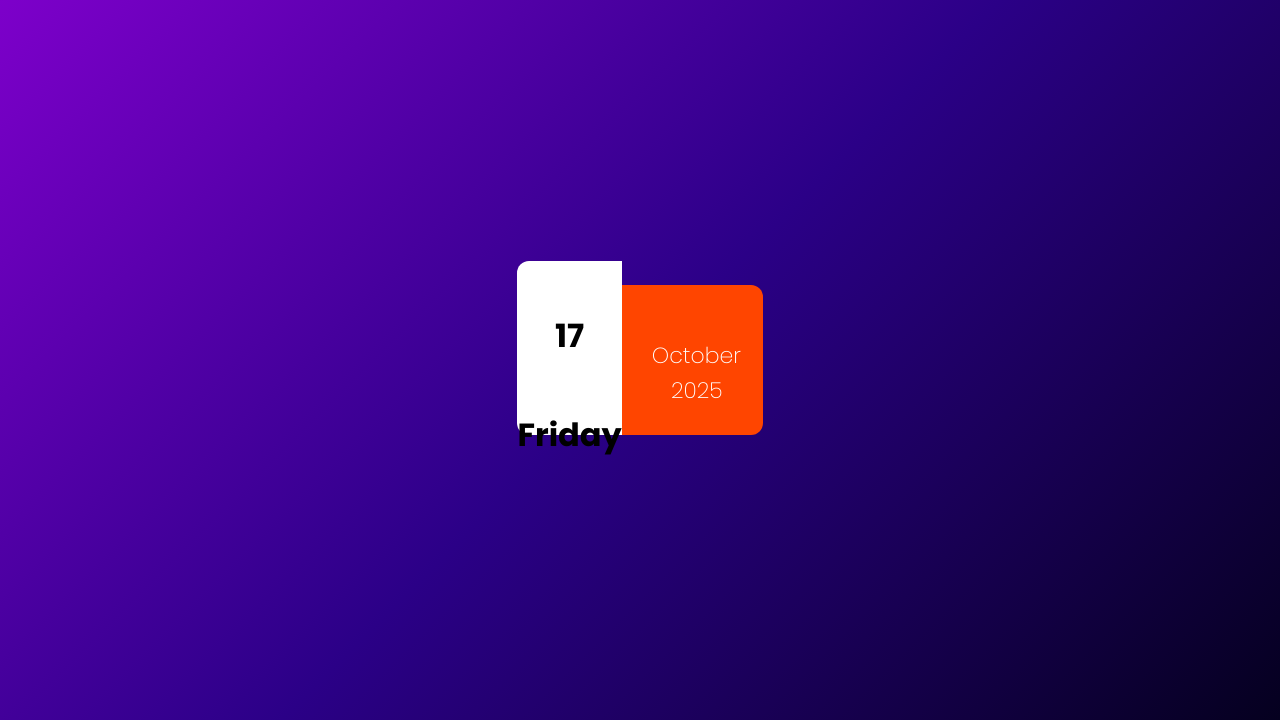
Repository: Ankitkr2021/Calendar
Page: index.html
An editor plug-in stored every save of this project. The page is shown before and after the next save, followed by the edit.
The browser window is 1280 px wide. The pictures show the whole page.

Above is the page before, as saved 2025-10-17 19:32:34.

After the next save:
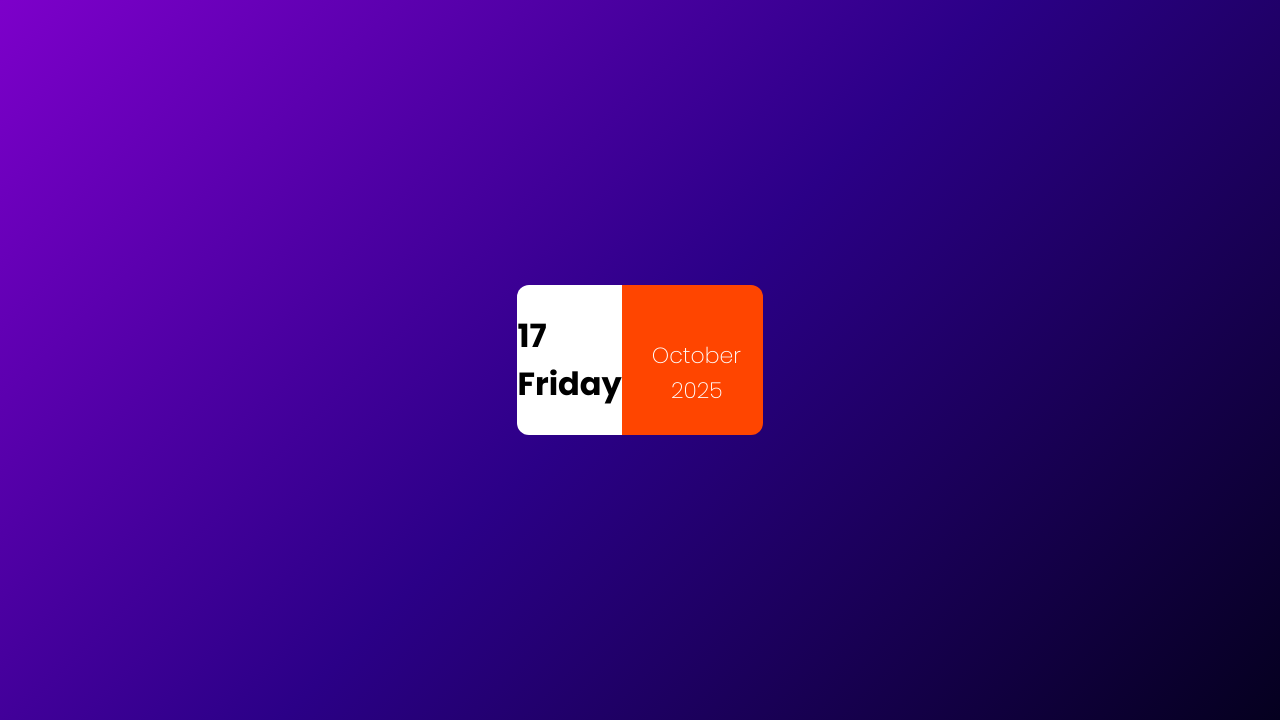
Saved 11 s later.
--- a/index.html
+++ b/index.html
@@ -10,7 +10,7 @@
     <div class="box">
         <div class="date">
             <h1>
-            <div class="date"> 17</div>
+            <div class="din"> 17</div>
             <div class="day"> Friday</div>
             </h1>
         </div>
